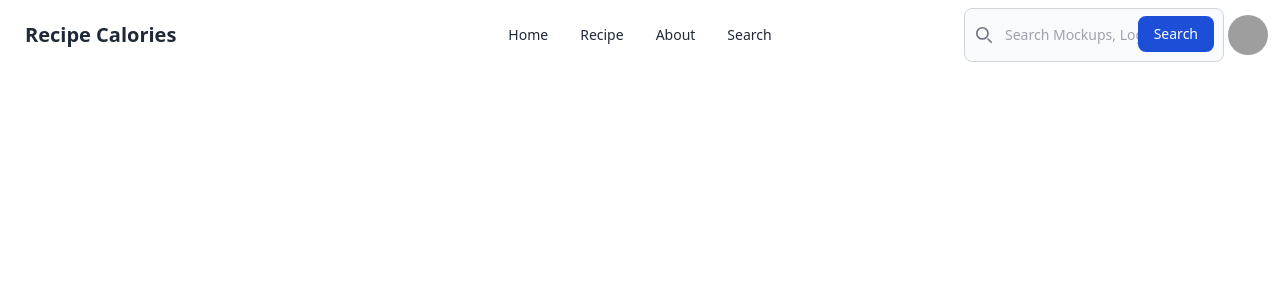
Repository: RudrasahaDibos/Chefs-table
Page: /
These files come from the project's save history. The page is drawn as it stood at one moment and after the next save; the edit follows.
The browser window is 1280 px wide. The pictures show the whole page.
Pictures or frames that could not be fetched are drawn as grey boxes. The project was rebuilt for these pictures with package versions that can differ from the ones it lists, and the page was loaded fresh each time. Also part of the build but not shown: vite.config.js, src/App.css.

Above is the page before, as saved 2024-12-18 21:20:27.

After the next save:
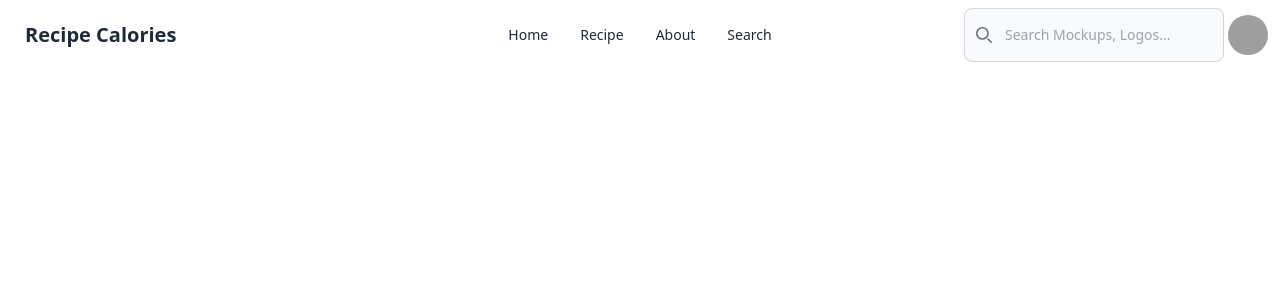
Saved 18 s later.
--- a/src/Component/Header/Header.jsx
+++ b/src/Component/Header/Header.jsx
@@ -50,7 +50,7 @@ const Header = () => {
             </svg>
         </div>
         <input type="search" id="default-search" className="block w-full p-4 ps-10 text-sm text-gray-900 border border-gray-300 rounded-lg bg-gray-50 focus:ring-blue-500 focus:border-blue-500 dark:bg-gray-700 dark:border-gray-600 dark:placeholder-gray-400 dark:text-white dark:focus:ring-blue-500 dark:focus:border-blue-500" placeholder="Search Mockups, Logos..." required />
-        <button type="submit" className="text-white absolute end-2.5 bottom-2.5 bg-blue-700 hover:bg-blue-800 focus:ring-4 focus:outline-none focus:ring-blue-300 font-medium rounded-lg text-sm px-4 py-2 dark:bg-blue-600 dark:hover:bg-blue-700 dark:focus:ring-blue-800">Search</button>
+
     </div>
 </form>
 
